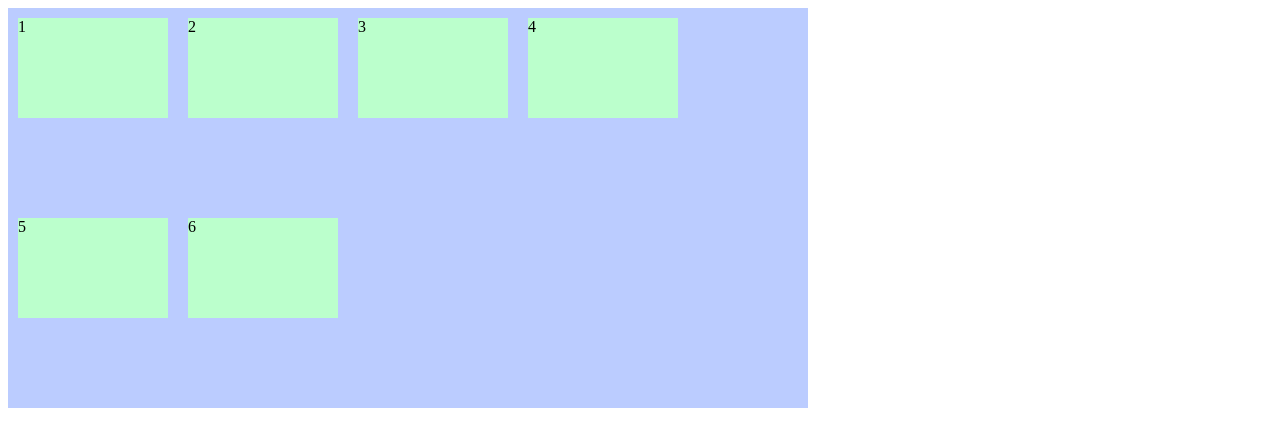
Repository: liutian97/learn1
Page: 移动端web开发/代码/2. Flex 伸缩布局/07-flex设置侧轴对齐方式（多行）.html
These files come from the project's save history. The page is drawn as it stood at one moment and after a run of saves; the edit follows.
The browser window is 1280 px wide. The pictures show the whole page.

Above is the page before, as saved 2022-07-02 17:33:55.

After the next 3 saves:
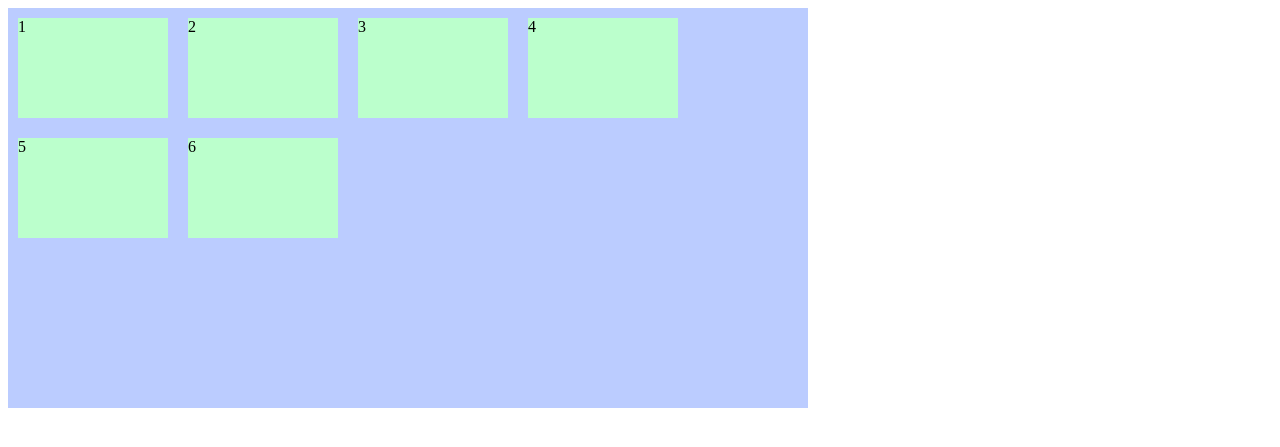
The 3 saves are shown as one change because they came seconds apart.
The last was saved 8 s later.
--- a/移动端web开发/代码/2. Flex 伸缩布局/07-flex设置侧轴对齐方式（多行）.html
+++ b/移动端web开发/代码/2. Flex 伸缩布局/07-flex设置侧轴对齐方式（多行）.html
@@ -17,7 +17,7 @@
       /*  */
       /* align-items: center; */
       /* align-content: center; */
-      align-
+      align-content:flex-start;
     }
 
     div span {

After the save that followed:
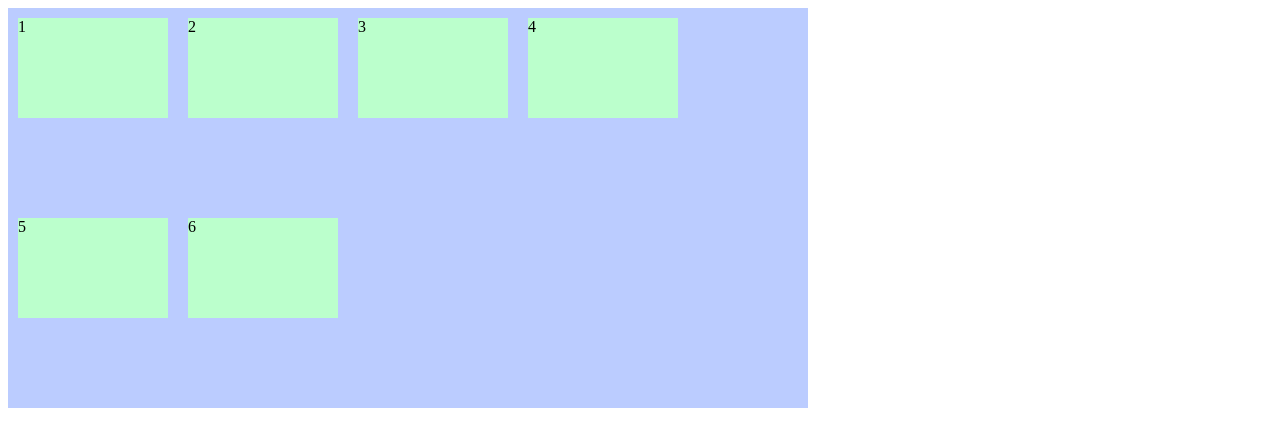
Saved 7 s later.
--- a/移动端web开发/代码/2. Flex 伸缩布局/07-flex设置侧轴对齐方式（多行）.html
+++ b/移动端web开发/代码/2. Flex 伸缩布局/07-flex设置侧轴对齐方式（多行）.html
@@ -17,7 +17,7 @@
       /*  */
       /* align-items: center; */
       /* align-content: center; */
-      align-content:flex-start;
+      /* align-content:flex-start; */
     }
 
     div span {
